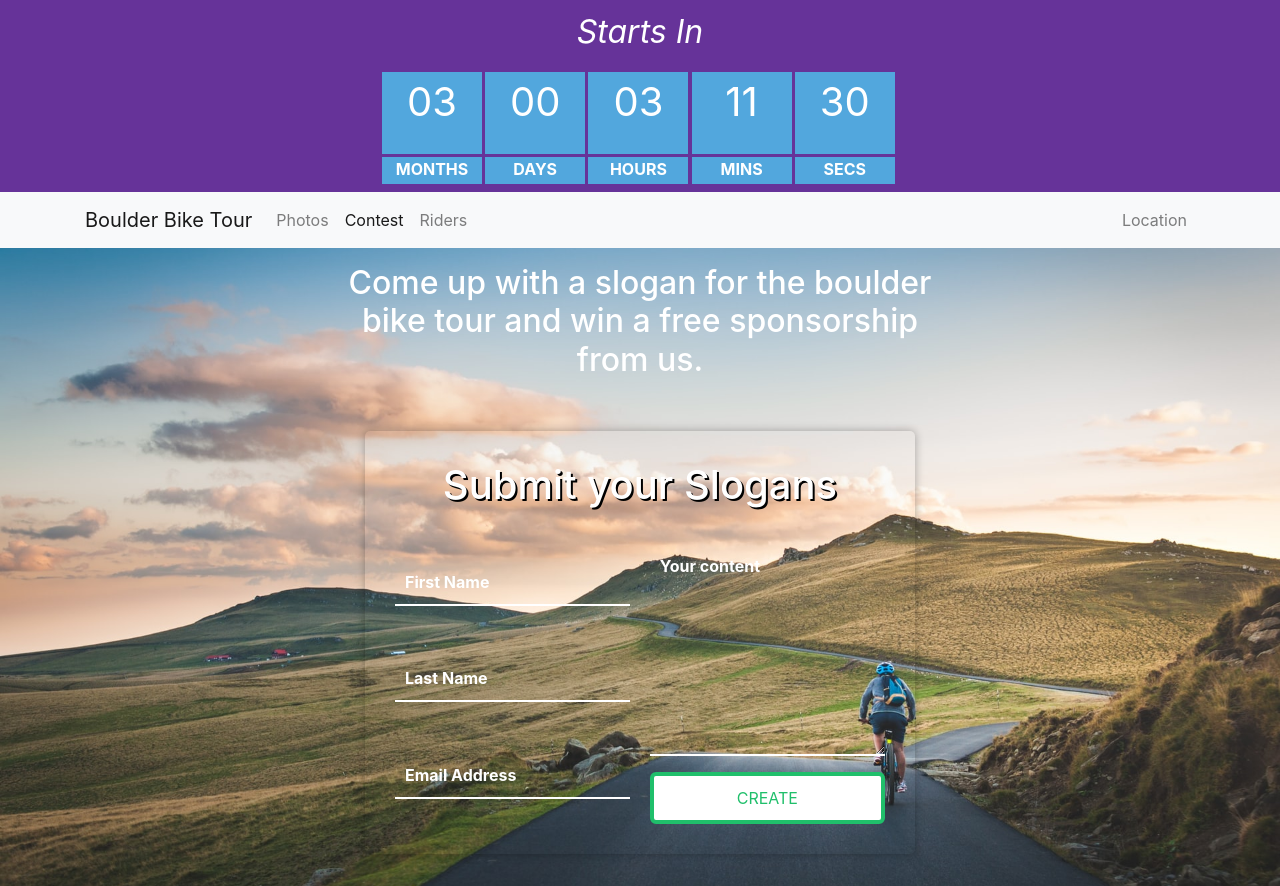
Repository: akinsikuoluwafemi/boulder_bike_tour_frontend
Page: /contest
An editor plug-in stored every save of this project. The page is shown before and after the next save, followed by the edit.
The browser window is 1280 px wide. The pictures show the whole page.
The page's requests for data from a server got no answer. Some web libraries are served in a nearby version. The project was rebuilt for these pictures with package versions that can differ from the ones it lists, and the page was loaded fresh each time. No one was signed in, and anything a server would have sent is missing. Also part of the build but not shown: src/components/Home/LatestNews.js, src/components/Home/Winners.js, src/components/Accordions/Accordions.js, src/components/Home/FooterContent.js, src/components/Home/Home.js, src/components/Location/mapStyles.js, src/components/Spinner/Spinner.scss, src/components/Spinner/Spinner.js and 5 more.

Above is the page before, as saved 2020-08-23 07:41:16.

### public/index.html
<!DOCTYPE html>
<html lang="en">
  <head>
    <meta charset="utf-8" />
    <link rel="icon" href="%PUBLIC_URL%/bike.jpg"/>
    <meta name="viewport" content="width=device-width, initial-scale=1" />
    <meta name="theme-color" content="#000000" />
    <meta
      name="description"
      content="Web site created using create-react-app"
    />
    <link rel="apple-touch-icon" href="%PUBLIC_URL%/logo192.png" />
    <!--
      manifest.json provides metadata used when your web app is installed on a
      user's mobile device or desktop. See https://developers.google.com/web/fundamentals/web-app-manifest/
    -->
    <link rel="manifest" href="%PUBLIC_URL%/manifest.json" />
    <link href="https://fonts.googleapis.com/css2?family=Poppins&display=swap" rel="stylesheet">
    <link rel="stylesheet" type="text/css" charset="UTF-8" href="https://cdnjs.cloudflare.com/ajax/libs/slick-carousel/1.6.0/slick.min.css" />
    <link rel="stylesheet" type="text/css" href="https://cdnjs.cloudflare.com/ajax/libs/slick-carousel/1.6.0/slick-theme.min.css" />
    <!--
      Notice the use of %PUBLIC_URL% in the tags above.
      It will be replaced with the URL of the `public` folder during the build.
      Only files inside the `public` folder can be referenced from the HTML.

      Unlike "/favicon.ico" or "favicon.ico", "%PUBLIC_URL%/favicon.ico" will
      work correctly both with client-side routing and a non-root public URL.
      Learn how to configure a non-root public URL by running `npm run build`.
    -->
    <link href="https://fonts.googleapis.com/css2?family=Anton&display=swap" rel="stylesheet">
    <link rel="stylesheet" href="https://stackpath.bootstrapcdn.com/bootstrap/4.4.1/css/bootstrap.min.css" integrity="sha384-Vkoo8x4CGsO3+Hhxv8T/Q5PaXtkKtu6ug5TOeNV6gBiFeWPGFN9MuhOf23Q9Ifjh"
      crossorigin="anonymous">
    <title>Boulder Bike Tour</title>
  </head>
  <body>
    <noscript>You need to enable JavaScript to run this app.</noscript>
    <div id="root"></div>
    <!--
      This HTML file is a template.
      If you open it directly in the browser, you will see an empty page.

      You can add webfonts, meta tags, or analytics to this file.
      The build step will place the bundled scripts into the <body> tag.

      To begin the development, run `npm start` or `yarn start`.
      To create a production bundle, use `npm run build` or `yarn build`.
    -->
    <script src="https://code.jquery.com/jquery-3.3.1.slim.min.js" integrity="sha384-q8i/X+965DzO0rT7abK41JStQIAqVgRVzpbzo5smXKp4YfRvH+8abtTE1Pi6jizo"
      crossorigin="anonymous">
      </script>
    <script src="https://cdnjs.cloudflare.com/ajax/libs/popper.js/1.14.7/umd/popper.min.js" integrity="sha384-UO2eT0CpHqdSJQ6hJty5KVphtPhzWj9WO1clHTMGa3JDZwrnQq4sF86dIHNDz0W1"
      crossorigin="anonymous">
      </script>
    <script src="https://stackpath.bootstrapcdn.com/bootstrap/4.3.1/js/bootstrap.min.js" integrity="sha384-JjSmVgyd0p3pXB1rRibZUAYoIIy6OrQ6VrjIEaFf/nJGzIxFDsf4x0xIM+B07jRM"
      crossorigin="anonymous">
      </script>
  </body>
</html>

### src/index.js
import React from 'react';
import ReactDOM from 'react-dom';
import './index.css';
import * as serviceWorker from './serviceWorker';
import Navigation from './components/Navigation';
import { RiderProvider } from './components/context';
import "slick-carousel/slick/slick.css";
import "slick-carousel/slick/slick-theme.css";

ReactDOM.render(
  <React.StrictMode>
    <RiderProvider>
      <Navigation />
    </RiderProvider>
  </React.StrictMode>,
  document.getElementById('root')
);

// If you want your app to work offline and load faster, you can change
// unregister() to register() below. Note this comes with some pitfalls.
// Learn more about service workers: https://bit.ly/CRA-PWA
serviceWorker.unregister();

### src/index.css
body {
  margin: 0;
  font-family: -apple-system, BlinkMacSystemFont, 'Segoe UI', 'Roboto', 'Oxygen',
    'Ubuntu', 'Cantarell', 'Fira Sans', 'Droid Sans', 'Helvetica Neue',
    sans-serif;
  -webkit-font-smoothing: antialiased;
  -moz-osx-font-smoothing: grayscale;
}

code {
  font-family: source-code-pro, Menlo, Monaco, Consolas, 'Courier New',
    monospace;
}

body {
  overflow-x: hidden;
}

### src/components/Navigation.js
import React from 'react';
import { BrowserRouter as Router, Route, Switch } from 'react-router-dom';
import Home from './Home/Home';
import Contest from './Contest/Contest';
import Location from './Location/Location';
import ImageList from './Photos/ImageList';
import Riders from './Riders/Riders';





export default function Navigation() {
    return (
        <Router>

            <Switch>
                <Route exact path="/" component={Home} />
                <Route exact path="/contest" component={Contest} />
                <Route exact path="/riders" component={Riders} />
                <Route exact path="/location" component={Location} />
                <Route exact path="/photos" component={ImageList} />
            </Switch>
        </Router>
    )
}

### src/components/context.js
import React, { Component } from 'react';

const RiderContext = React.createContext()


class RiderProvider extends Component
{
    state = {
        riders: [],
        loading: true




    }

    componentDidMount()
    {
        fetch('https://bike-boulder-tour.herokuapp.com/api/v1/riders')
            .then(response => response.json())
            .then(riders =>{
                this.setState({ riders: riders, loading: false })

            })
            .catch(error => console.log(error))

    }







    render(){




        return (
            <RiderContext.Provider value={{ ...this.state }}>
                {this.props.children}
            </RiderContext.Provider>
        )
    }
}

const RiderConsumer = RiderContext.Consumer

export { RiderProvider, RiderConsumer, RiderContext }

### src/components/Contest/Contest.js
import React, {useState, useContext} from "react";
import "./Contest.scss";
import { Link } from "react-router-dom";
import HeaderTime from "../HeaderTime/HeaderTime";
import Form from "./Form/Form";
// import Alert from '';
// import {AlertContext} from '../../'
import Alert from "@material-ui/lab/Alert";
import { AlertContext } from '../AlertContext';

const Contest = () => {

    const [alert, setAlert] = useState("");

    const renderAlertText = () => {
      if(alert === 'success'){
        return `Your slogan was successfully saved`
      }else if(alert === 'error'){
        return `Your slogan was unable to save`
      }else {
        return null
      }
    }

    return (
      <div>
        <HeaderTime />

        <nav class="navbar navbar-expand-sm sticky-top navbar-light bg-light">
          <div class="container">
            <Link to="/" class="navbar-brand">
              Boulder Bike Tour
            </Link>
            <button
              class="navbar-toggler navbar-toggler-right"
              type="button"
              data-toggle="collapse"
              data-target="#navbar1"
            >
              <span class="navbar-toggler-icon"></span>
            </button>
            <div class="collapse navbar-collapse" id="navbar1">
              <ul class="navbar-nav">
                <li class="nav-item">
                  <Link to="/photos" class="nav-link">
                    Photos
                  </Link>
                </li>
                <li class="nav-item active">
                  <Link to="/contest" class="nav-link">
                    Contest
                  </Link>
                </li>
                <li class="nav-item">
                  <Link to="/riders" class="nav-link">
                    Riders
                  </Link>
                </li>
              </ul>
              <ul class="navbar-nav ml-auto">
                <li class="nav-item ">
                  <Link to="/location" class="nav-link">
                    Location
                  </Link>
                </li>
              </ul>
            </div>
          </div>
        </nav>

        {/*  */}

        <div className="bg-contest">
          <div className="container py-3">
            <h2 className="text-center contest-heading-text text-white">
              Come up with a slogan for the boulder bike tour and win a free
              sponsorship from us.
            </h2>
            <AlertContext.Provider value={{ alert, setAlert }}>
              {/* <Alert severity={severity}>{alertText}</Alert> */}
              <Alert severity={alert}>
                {/* {alert === 'sucess' ? 'Your slogan was successfully saved': 'Your slogan was unable to save' } */}

              </Alert>

              <div className="px-3 py-3 form-center">
                <Form />
              </div>
            </AlertContext.Provider>
          </div>
        </div>

        {/*  */}
      </div>
    );
};

export default Contest;

### src/components/Home/Home.scss
.header-hero {
    display: grid;
    grid-template-columns: repeat(auto-fit,minmax(400px, 1fr));
    height: 75vh;
    background: #52A7DD;
    // grid-gap: .2rem;
    background-image: url('../../images/image6.jpg');
    background-size: cover;
    background-repeat: no-repeat;
    background-position: top;
}

.heading-img {

}

.heading-text {
    // padding: 3rem;
    margin: auto;

}


.btn-hero {
    display: flex;
    justify-content: space-between;
    padding: .5rem;
    align-items: center;
    cursor: pointer;
    border-radius: 0.3rem;
    transition: all .5s ease-in-out;
}

.btn-hero:hover {
    box-shadow: 0 1px 3px 0 rgba(0, 0, 0, 0.1), 0 1px 2px 0 rgba(0, 0, 0, 0.06);
    background: #222;

}

.btn-text {
    font-weight: bold;
}
.card-width{
    width: 20rem!important;
}



// slick slider start

.slide-container {
      display: grid;
    grid-gap: 1rem;
    grid-template-columns: repeat(auto-fit, minmax(220px, 1fr));

    grid-gap: .8rem;

}

.figure-container {
}

.figure-container:focus {
    outline: none;
}

.fig-image {
    background-image: url('../../images/image2.jpg');
    background-size: cover;
    background-position: center;
    background-repeat: no-repeat;
    height: 10rem;
    transition: all .5s ease-in-out;
    overflow: auto;

    cursor: pointer;
}

.youth-biking-image {
    background-image: url('../../images/youthbiking.jpg');
    background-size: cover;
    background-position: center;
    background-repeat: no-repeat;
    height: 10rem;
    transition: all .5s ease-in-out;
    overflow: auto;

    cursor: pointer;
}

.mascot {
    background-image: url('../../images/mascots.jpg');
    background-size: cover;
    background-position: center;
    background-repeat: no-repeat;
    height: 10rem;
    transition: all .5s ease-in-out;
    overflow: auto;

    cursor: pointer;
}

.olympic {
    background-image: url('../../images/olympic.jpg');
    background-size: cover;
    background-position: center;
    background-repeat: no-repeat;
    height: 10rem;
    transition: all .5s ease-in-out;
    overflow: auto;
    cursor: pointer;
}


.wis {
    background-image: url('../../images/wis.jpg');
    background-size: cover;
    background-position: center;
    background-repeat: no-repeat;
    height: 10rem;
    transition: all .5s ease-in-out;
    overflow: auto;
    cursor: pointer;
}

.sfj {
    background-image: url('../../images/sfj.jpg');
    background-size: cover;
    background-position: center;
    background-repeat: no-repeat;
    height: 10rem;
    transition: all .5s ease-in-out;
    overflow: auto;
    // -webkit-filter: grayscale(100%); /* Safari 6.0 - 9.0 */
    // filter: grayscale(100%);
    cursor: pointer;
}




.fig-image:hover {
    // filter: grayscale(0%);
}



.tag {
    // background: #52A7DD;
    padding: .3rem;
    display: inline;
    font-family: 'Poppins', sans-serif;
    text-shadow: 0px 4px 3px rgba(0,0,0,0.4),
             0px 8px 13px rgba(0,0,0,0.1),
             0px 18px 23px rgba(0,0,0,0.1);

}





.figure-caption {
    // background: #52A7DD;
    padding: .5rem;
}



.caption-text {
    transition: all .2s ease-in;
    cursor: pointer;

color: rgba(0,0,0,0.6);
text-shadow: 2px 8px 6px rgba(0,0,0,0.2),
                 0px -5px 35px rgba(255,255,255,0.3);
}

.caption-text:hover {
    color: #52A7DD
}

button.slick-arrow {
    background: #777;
    // fill: #115C8D;
    border-radius: 50%;
}

.slick-prev:hover,.slick-prev:focus,.slick-next:hover,.slick-next:focus {
    background: #777;

}

.slick-prev:hover,.slick-prev:focus,.slick-next:hover,.slick-next:focus {

    color: transparent!important;
    outline: none!important;
    background: #777!important;

}


@media(min-width: 768px){
    .show-big {
        display: block;
        // background: pink!important;
    }
     .show-small {
        display: none;
    }
}

@media(max-width: 767px){
    .show-big {
        display: none;
    }
    .show-small {
        display: block;
    }
}

// slick slider end



// past winners start

.profile-card-5{
    margin-top:20px;
}
.profile-card-5 .btn{
    border-radius:2px;
    text-transform:uppercase;
    font-size:12px;
    padding:7px 20px;
}
.profile-card-5 .card-img-block {
    width: 91%;
    margin: 0 auto;
    position: relative;
    top: -20px;

}
.profile-card-5 .card-img-block img{
    border-radius:5px;
    box-shadow:0 0 10px rgba(0,0,0,0.63);
}
.profile-card-5 h5{
    color:#52A7DD;
    font-weight:600;
}
.profile-card-5 p{
    font-size:16px;
    font-weight:500;

}
.profile-card-5 .btn-primary{
    background-color:#52A7DD;
    border-color:#52A7DD;
    font-weight: 600;
}


// past winners end


.winners-container {
     display: grid;
    // grid-template-rows: repeat(2,1fr);
    grid-gap: 1rem;
    grid-template-columns: repeat(auto-fit, minmax(220px, 1fr));
    // justify-content: center;
    // background: palegoldenrod;
    // height: 16rem;
    grid-gap: .8rem;
}

.footer-container {
    padding: 3rem 0rem;
    display: grid;
    // grid-template-rows: repeat(2,1fr);
    grid-gap: 1rem;
    grid-template-columns: repeat(auto-fit, minmax(210px, 1fr));
    justify-content: center;
    // background: palegoldenrod;
    // height: 16rem;
    // align-items: center;
    grid-gap: .8rem;
}

.footer-heading-text {
    font-weight: 700;
    text-transform: uppercase;
    font-size: .9rem;
}

.footer-list {
    margin: 0;
    padding: 0;
}

.footer-list-item {
    list-style-type: none;
    text-transform: uppercase;
    font-size: .75rem;
    color: #777;
    font-weight: 600;
}

.hero-intro-text {

background-color: #666666;
    -webkit-background-clip: text;
    -moz-background-clip: text;
    background-clip: text;
    font-weight: 600;
    text-shadow: rgba(255,255,255,0.5) 0px 3px 3px;
}

.bg-purple {
    background: #663399;
}



// @media(max-width: 320px){
//     .header-hero {
//         justify-content: center;
//         align-items: center;

//     }
// }

@media(max-width: 425px){
     .header-hero {
        justify-content: center;
        align-items: center;

    }

    .bg-purple {
        background: transparent!important;
    }


}


body {
  overflow-x: hidden;
}

### src/components/HeaderTime/HeaderTime.js
import React from 'react'
import './HeaderTime.scss'
import CountDown from './CountDown'



function HeaderTime () {
    return (
        <CountDown futureDate="2020-11-23T09:33:32.212Z" />
    )
}

export default HeaderTime

### src/components/Contest/Contest.scss
.form-center {
    display: flex;
    justify-content: center;
    align-items: center;
}

.contest-heading-text {
    padding: 0 15rem;

}

@media(max-width: 1025px){
    .contest-heading-text {
        padding: 0 0rem;

    }

}

.bg-contest {
    background-image: url('../../images/contest-hero.jpg');
    background-size: cover;
    background-repeat: no-repeat;
    background-position: center;
}

### src/components/AlertContext.js
import { createContext } from 'react';

export const AlertContext = createContext();

### src/components/Photos/Photos.scss
.image-list {
    display: grid;
    grid-template-columns: repeat(auto-fill, minmax(250px, 1fr));
    grid-gap: 1px 10px;
    grid-auto-rows: 10px;
    justify-content: center;
    align-items: center;

}

.image-list img {
    width: 250px;
    grid-row-end: span 2;
}

.image-container {
    position: relative
}


.tags {
    z-index: 2;
    position: absolute;
  top: 50%; right: 50%;
  transform: translate(50%,-50%);
    background: transparent;

}

.photo-hero-container {
    display: flex;
    justify-content: center;
    align-items: center;
    height: 70vh;

}

.bg-hero-photo {
      background-image: url('../../images/picture-hero.jpg');
    background-position: center;
    background-size: cover;
    background-repeat: repeat;
}

.photo-hero-text {
    // font-size: 2rem;
    text-align: center;
    font-weight: 500;
    font-family: 'Anton', sans-serif;
}




// button start

.example_d {
cursor: pointer;
color: #20bf6b !important;
text-transform: uppercase;
background: #ffffff;
padding: 10px 20px;
border: 4px solid #20bf6b !important;
border-radius: 6px;
display: inline-block;
transition: all 0.3s ease 0s;
z-index: 500;
}

.example_d:hover {
color: #494949 !important;
border-radius: 50px;
border-color: #494949 !important;
transition: all 0.3s ease 0s;
}

// button end

### src/components/HeaderTime/HeaderTime.scss
.timer-container {
    background: rebeccapurple;
    height: 12rem;
    display: flex;
    flex-direction: column;
    justify-content: center;
    align-items: center;
    color: white;
}

.timer-content {
    text-align: center;
    display: flex;
}
.timer-content > *:not(last-child) {
    margin-right: .2rem;
}

.timer-box {
    height: 7rem;
    display: grid;
    grid-template-columns: repeat(auto-fill,minmax(100px, 1fr));
    grid-template-rows: 3fr 1fr;
    grid-gap: .2rem;

}

.timer-num {
    font-size: 2.5rem;
    grid-row: 1/2;
    background: #52A7DD;
}
.starts {
    font-size: 2rem;
    font-style: italic;
}
.days {
    grid-row: 2/-1;
    font-weight: bold;
    background: #52A7DD;
}

.mobile-countdown {
    background: #52A7DD;
    padding: .3rem 1rem;
}


@media(max-width: 575px){
    .timer-content {
        display: none;
    }
    .timer-container {
        height: 16rem;
        // margin-bottom: 2rem;
    }
}




.time-small-container {
    text-align: center;
    display: none;

}

@media(max-width: 575px){
    .time-small-container {
        display: block;
    }
}

.time-small-container > * {
    margin-bottom: .1rem;
}

### src/components/Contest/Form/Form.scss
@import url('https://fonts.googleapis.com/css?family=Roboto');


.wrapper{


  width: 100%;
  max-width: 550px;
  // background: rgba(0,0,0,0.8);
  padding: 30px;
  border-radius: 5px;
  box-shadow: 0 0 10px rgba(0,0,0,0.3);
}

.wrapper .title h1{
  color: #fff;
  text-align: center;
  margin-bottom: 25px;
  text-shadow: 2px 2px #000;
}

.contact-form{
  display: flex;
}

.input-fields{
  display: flex;
  flex-direction: column;
  margin-right: 4%;
  justify-content: space-around;
}

.input-fields,
.msg{
  width: 48%;
}

.input-fields .input,
.msg textarea{
  margin: 10px 0;
  background: transparent;
  border: 0px;
  border-bottom: 2px solid #fff;
  padding: 10px;
  color: #fff;
  width: 100%;
  outline: none;
  font-weight: bold;
}

.msg textarea{
  height: 212px;
}

::-webkit-input-placeholder {
  /* Chrome/Opera/Safari */
  color: #fff;
}
::-moz-placeholder {
  /* Firefox 19+ */
  color: #fff;
}
:-ms-input-placeholder {
  /* IE 10+ */
  color: #c5ecfd;
}



@media screen and (max-width: 600px){
  .contact-form{
    flex-direction: column;
  }
  .msg textarea{
    height: 80px;
  }
  .input-fields,
  .msg{
    width: 100%;
  }
}

### src/components/Accordions/Accordions.scss
/* The Magic */
ul {
    margin: 0;
    padding: 0;
}


.accordion:hover .accordion-item:hover .accordion-item-content,
.accordion .accordion-item--default .accordion-item-content {
    height: 6rem;

}

.accordion-item-content,
.accordion:hover .accordion-item-content {
    height: 0;
    overflow-y: scroll;
    transition: height .25s;
    color: #444;
    padding-left: .5rem;
    font-size: .9rem;
}

.accordion-item-content li {
    padding-bottom: .5rem;
}


/* Aesthetic */


.accordion {
    padding: 0;
    margin: 0 auto;
    // width: 90vw;
    // font-family: "PT Sans" sans-serif;
}

.accordion .accordion-item {
//   background-image: linear-gradient(90deg, #eee, #f5f5f5, #eee);
  border-bottom: .1px solid #222;
  padding: .8rem;
  color: #777;
  cursor: pointer;
}

.accordion-item-content {
//   background-image: linear-gradient(90deg, #eee, #f5f5f5, #eee);

}

.accordion p {
  margin: 0;
  color: #bbb;
}




.accordion .accordion-item:nth-child(odd) {
     -webkit-border-radius: .2rem;
            border-radius: .2rem;
    -webkit-box-shadow: 0 0 10px rgba(0, 0, 0, 0.4);
       -moz-box-shadow: 0 0 10px rgba(0, 0, 0, 0.4);
            box-shadow: 0 0 10px rgba(0, 0, 0, 0.4);
    z-index: -1;
}


.accordion .accordion-item:nth-child(odd) {
//   background-color: hsl(280, 60%, 45%);
//   background-image: linear-gradient(-90deg, hsl(280, 80%, 60%), hsl(280, 60%, 45%) 2em, hsl(280, 80%, 60%));
}

.accordion .accordion-item:nth-child(3) {
//   background-color: hsl(40, 80%, 40%);
//   background-image: linear-gradient(-90deg, hsl(40, 80%, 60%), hsl(40, 80%, 45%) 2em, hsl(40, 80%, 60%));
}

.accordion .accordion-item:nth-child(4) {
//   background-color: hsl(80, 40%, 40%);
//   background-image: linear-gradient(-90deg, hsl(80, 80%, 40%), hsl(80, 80%, 35%) 2em, hsl(80, 80%, 40%));
}

Loaded but not shown: src/serviceWorker.js (common file); src/components/Contest/Form/Form.js (148 lines, source omitted); src/components/HeaderTime/CountDown.js (101 lines, source omitted); src/components/Location/Location.scss (no stored copy; drawn as an empty file)

After the next save:
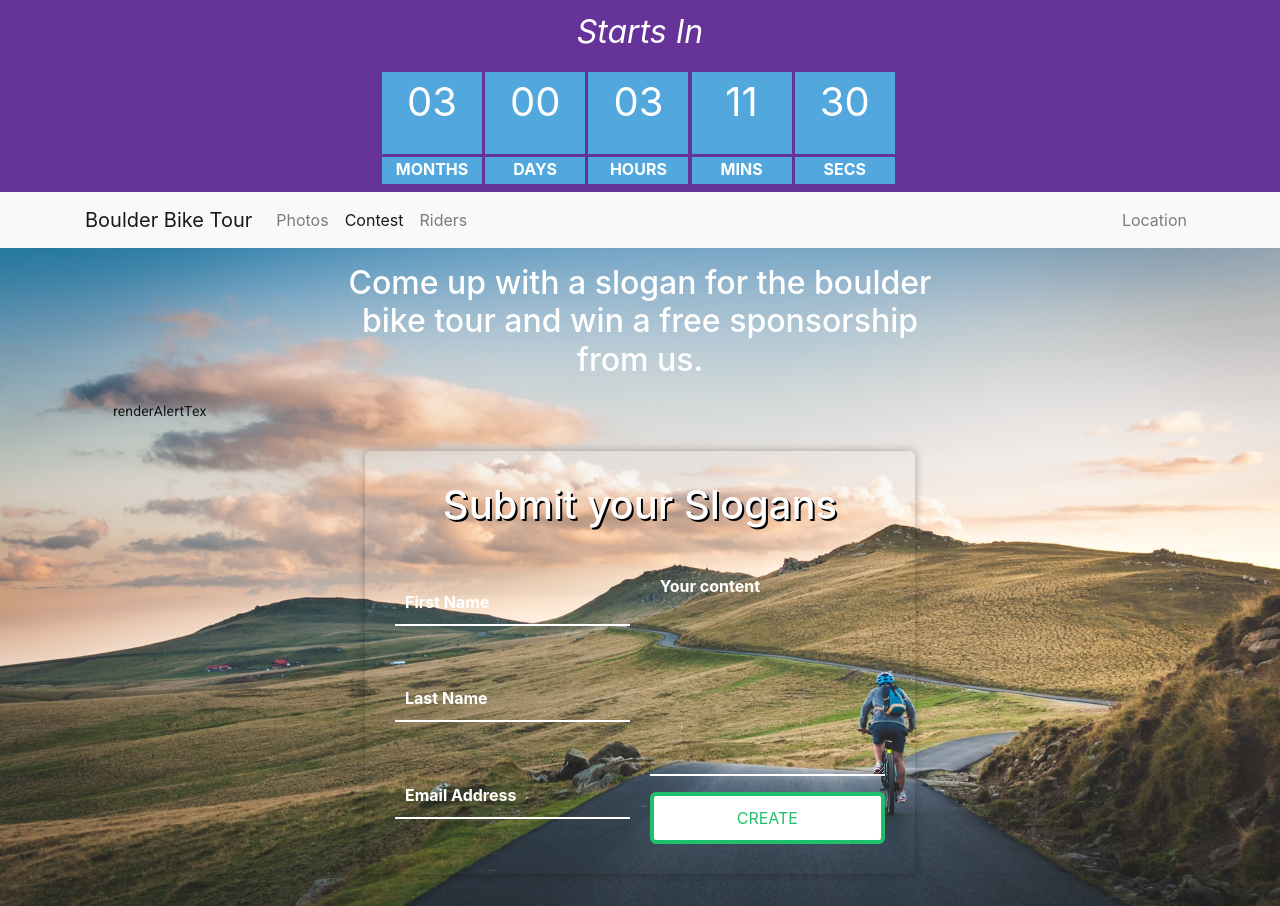
Saved 16 s later.
--- a/src/components/Contest/Contest.js
+++ b/src/components/Contest/Contest.js
@@ -80,7 +80,7 @@ const Contest = () => {
               {/* <Alert severity={severity}>{alertText}</Alert> */}
               <Alert severity={alert}>
                 {/* {alert === 'sucess' ? 'Your slogan was successfully saved': 'Your slogan was unable to save' } */}
-
+                renderAlertTex
               </Alert>
 
               <div className="px-3 py-3 form-center">
